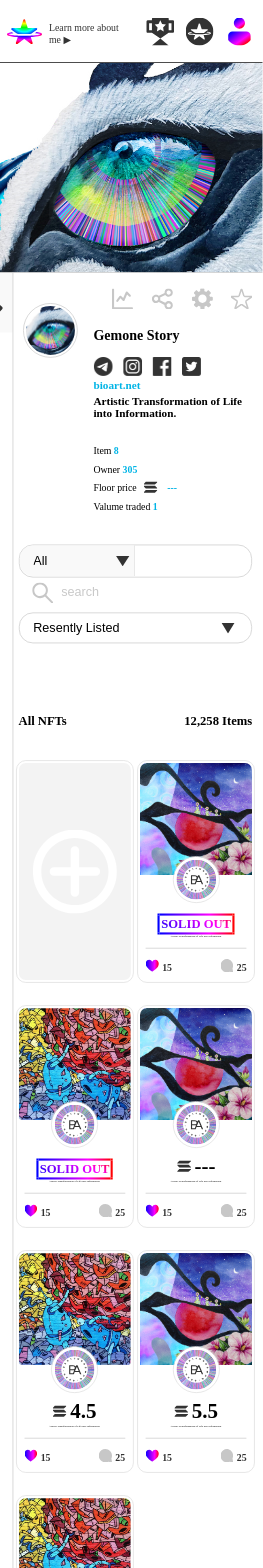
Repository: superHotBob/bioart
Page: /myplanets
These files come from the project's save history. The page is drawn as it stood at one moment and after the next save; the edit follows.
The browser window is 375 px wide. The pictures show the part of the page from y = 0 to 2240 px (the page is 2787 px tall), at 70% of full size.
Some web fonts or font styles are not loaded; a fallback is used. The project was rebuilt for these pictures with package versions that can differ from the ones it lists, and the page was loaded fresh each time. Some packages were replaced by stand-ins written for this rebuild. The framework's server and built-in components were replaced by stand-ins that run in the browser. Also part of the build but not shown: next.config.js.

Above is the page before, as saved 2022-04-05 15:08:04.

After the next save:
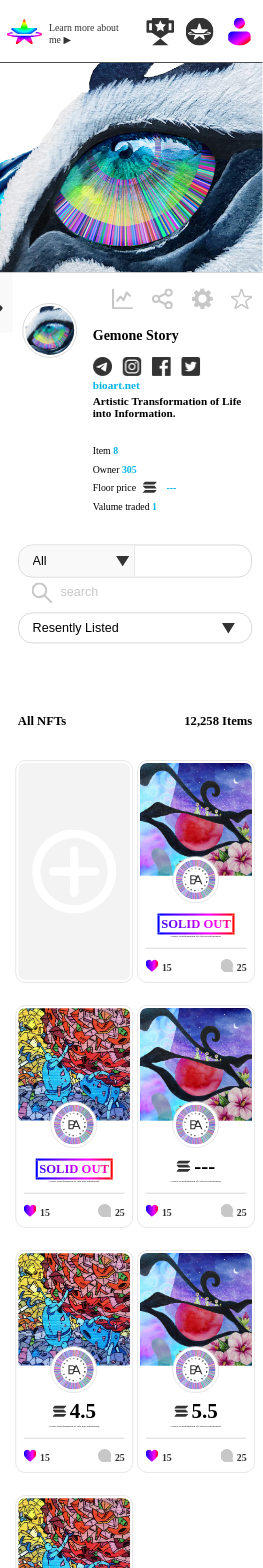
Saved 33 s later.
--- a/pages/myplanets.js
+++ b/pages/myplanets.js
@@ -874,6 +874,9 @@ export default function Explore() {
             .mainExplore {
               width: 96%;
               margin: 0 auto;
+
+            }
+            .items {
               border: none;
             }
             .header__image {
